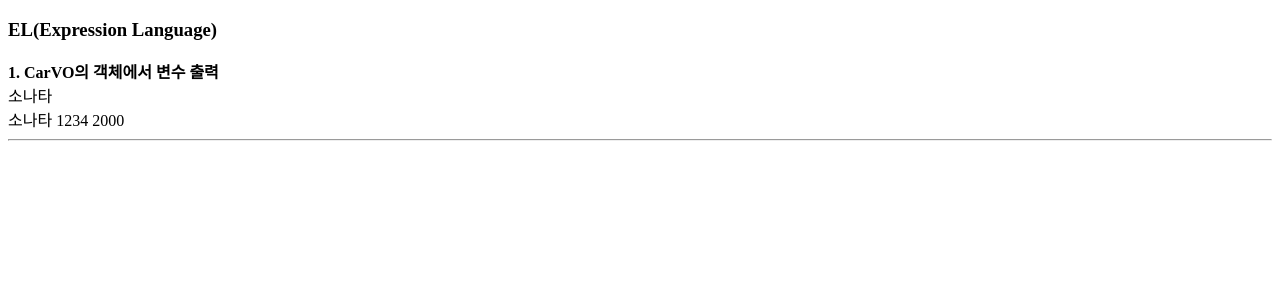
Repository: dhalfks/jsp_230602
Page: http://localhost/jstl_study/step1.jsp
The author's editor kept a copy of each file at every save. The page is drawn from the files as they stood at one save, then again after the next save.
The browser window is 1280 px wide. The pictures show the whole page.
The page is served by Tomcat 9. Other server files are loaded and not shown.

Above is the page before, as saved 2023-05-09 05:43:57.

### jstl_project/jstl_study/src/main/webapp/step1.jsp
<%@ page import="model.CarVO" %>
<%@ page language="java" contentType="text/html; charset=UTF-8"
    pageEncoding="UTF-8"%>

<!DOCTYPE html>
<html>
<head>
<meta charset="UTF-8">
<title>EL연습</title>
</head>
<body>
	<h3>EL(Expression Language)</h3>
	<%
		CarVO car = new CarVO("1234","소나타",2000);
		//request.setAttribute : request객체에 값을 저장하는 역할
		//request.getAttribute : request객체에 값을 가져오는 역할
		//request.setAttribute("변수명", 값);
		request.setAttribute("cvo", car);
	%>

	<!-- 변수 출력 -->
	<strong>1. CarVO의 객체에서 변수 출력</strong> <br>
	<!-- 방법 1 : requestScope를 사용 -->
	${requestScope.cvo.name } <br>

	<!-- 방법 2 : requestScope (생략가능) -->
	${cvo.name } ${cvo.num } ${cvo.price }<br>

	<hr>




</body>
</html>

### jstl_project/jstl_study/src/main/java/model/CarVO.java
package model;

public class CarVO {

	//num, name, price
	private String num;
	private String name;
	private int price;

	public CarVO() {}

	public CarVO(String num, String name, int price) {
		this.num = num;
		this.name = name;
		this.price = price;
	}

	public String getNum() {
		return num;
	}

	public void setNum(String num) {
		this.num = num;
	}

	public String getName() {
		return name;
	}

	public void setName(String name) {
		this.name = name;
	}

	public int getPrice() {
		return price;
	}

	public void setPrice(int price) {
		this.price = price;
	}

}

After the next save:
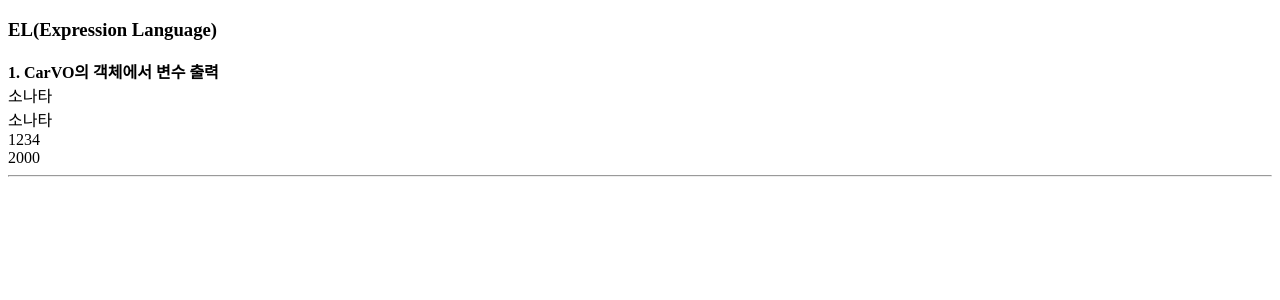
Saved 10 s later.
--- a/jstl_project/jstl_study/src/main/webapp/step1.jsp
+++ b/jstl_project/jstl_study/src/main/webapp/step1.jsp
@@ -24,7 +24,7 @@
 	${requestScope.cvo.name } <br>
 
 	<!-- 방법 2 : requestScope (생략가능) -->
-	${cvo.name } ${cvo.num } ${cvo.price }<br>
+	${cvo.name }<br> ${cvo.num }<br> ${cvo.price }<br>
 
 	<hr>
 
